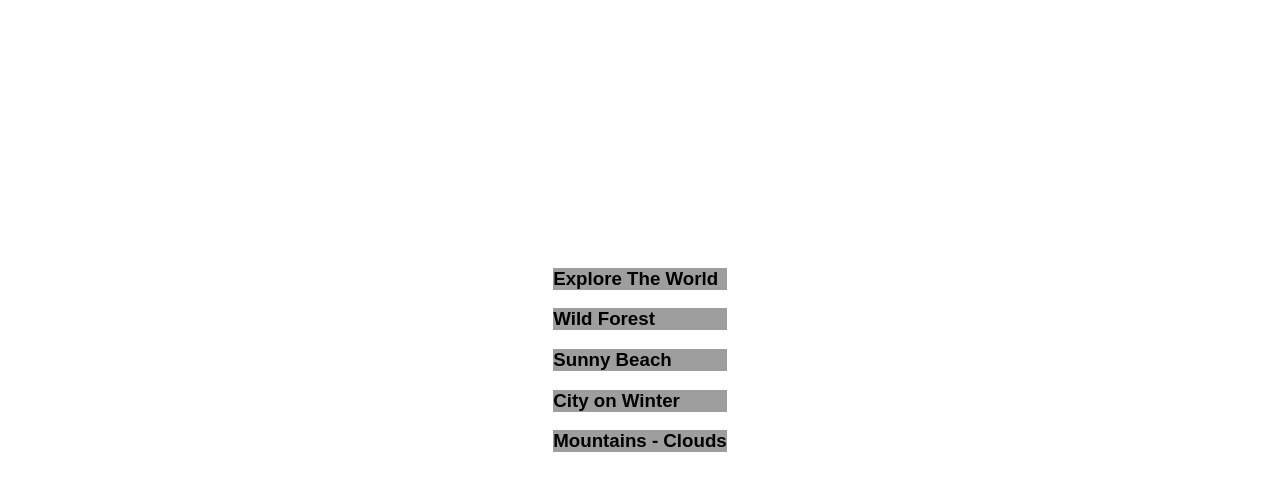
Repository: MMXiaohang/50projects50days-copy
Page: expanding-cards/1-index.html
An editor plug-in stored every save of this project. The page is shown before and after the next save, followed by the edit.
The browser window is 1280 px wide. The pictures show the whole page.
Pictures or frames that could not be fetched are drawn as grey boxes.

Above is the page before, as saved 2022-06-05 23:40:52.

### expanding-cards/1-index.html
<!DOCTYPE html>
<html lang="en">
<head>
    <meta charset="UTF-8">
    <meta http-equiv="X-UA-Compatible" content="IE=edge">
    <meta name="viewport" content="width=device-width, initial-scale=1.0">
    <link rel="stylesheet" href="1-style.css">
    <title>Expanding Cards</title>
</head>
<body>
    <div class="container">
        <div class="panel active" style="background-image: url('https://images.unsplash.com/photo-1558979158-65a1eaa08691?ixlib=rb-1.2.1&ixid=eyJhcHBfaWQiOjEyMDd9&auto=format&fit=crop&w=1350&q=80')">
            <h3>Explore The World</h3>
        </div>
        <div class="panel" style="background-image: url('https://images.unsplash.com/photo-1572276596237-5db2c3e16c5d?ixlib=rb-1.2.1&ixid=eyJhcHBfaWQiOjEyMDd9&auto=format&fit=crop&w=1350&q=80')">
            <h3>Wild Forest</h3>
        </div>
        <div class="panel" style="background-image: url('https://images.unsplash.com/photo-1507525428034-b723cf961d3e?ixlib=rb-1.2.1&ixid=eyJhcHBfaWQiOjEyMDd9&auto=format&fit=crop&w=1353&q=80')">
            <h3>Sunny Beach</h3>
        </div>
        <div class="panel" style="background-image: url('https://images.unsplash.com/photo-1551009175-8a68da93d5f9?ixlib=rb-1.2.1&ixid=eyJhcHBfaWQiOjEyMDd9&auto=format&fit=crop&w=1351&q=80')">
            <h3>City on Winter</h3>
        </div>
        <div class="panel" style="background-image: url('https://images.unsplash.com/photo-1549880338-65ddcdfd017b?ixlib=rb-1.2.1&ixid=eyJhcHBfaWQiOjEyMDd9&auto=format&fit=crop&w=1350&q=80')">
            <h3>Mountains - Clouds</h3>
        </div>
    </div>
    <script src="1-script.js"></script>
</body>
</html>

### expanding-cards/1-style.css
*{
    box-sizing: border-box;
}

body{
    font-family: 'Muli', sans-serif;
    display: flex;
    align-items: center;
    justify-content: center;
    height: 100vh;
    overflow: hidden;
    margin: 0;
}

Loaded but not shown: expanding-cards/1-script.js (no stored copy; drawn as an empty file)

After the next save:
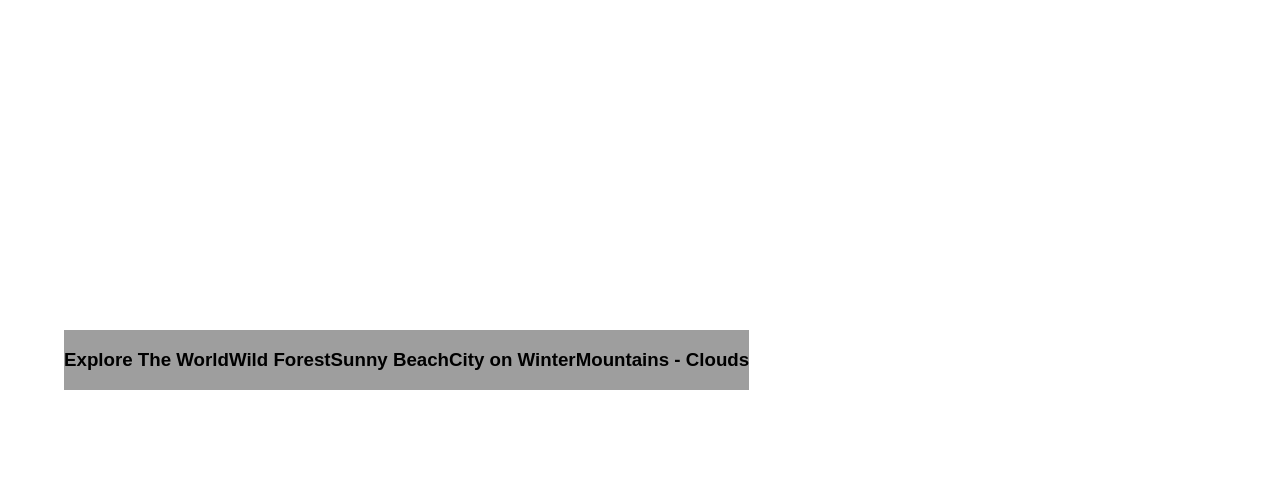
Saved 34 s later.
--- a/expanding-cards/1-style.css
+++ b/expanding-cards/1-style.css
@@ -11,3 +11,8 @@ body{
     overflow: hidden;
     margin: 0;
 }
+
+.container{
+    display: flex;
+    width: 90vw;
+}
